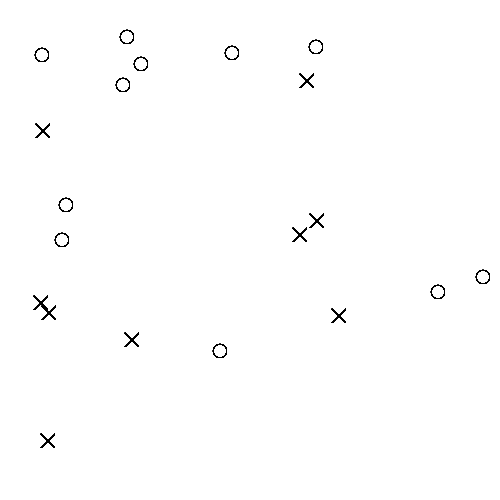
Repository: benceluzsinszky/rock-paper-scissors-simulation-pygame
Script's output: python main.py
These files come from the project's save history. The script's output is drawn as it stood at one moment and after a run of saves; the edit follows.
The window is shown after at most 60 frames with no key pressed. Random numbers start from a fixed seed. It also reads sprites/paper.png, sprites/rock.png, sprites/scissors.png.

Above is the script's output before, as saved 2023-04-24 22:02:31.

### main.py
import pygame
import sys
import random

from sprites import Sprite


class Game():
    """
    This class initializes the Pygame module and creates the game screen.
    """

    def __init__(self) -> None:
        """
        Initializes Pygame module and creates game screen.
        """
        pygame.init()

        self.clock = pygame.time.Clock()

        pygame.display.set_caption("Rock Paper Scissors")

        self.screen = pygame.display.set_mode((500, 500))

        self.rocks = pygame.sprite.Group()
        self.papers = pygame.sprite.Group()
        self.scissors = pygame.sprite.Group()

        self.sprite_groups = [self.rocks, self.papers, self.scissors]

        self.create_sprites("rock", self.rocks)
        # self.create_sprites("paper", self.papers)
        self.create_sprites("scissors", self.scissors)

    def run_game(self):
        """
        Starts the game loop that continues until the user exits the game.
        """
        while True:
            self.check_events()
            self.rocks.sprites()[0].eat(self)
            # self.move_sprites(self.rocks, self.scissors, self.papers)
            # self.move_sprites(self.scissors, self.papers, self.rocks)
            # self.move_sprites(self.papers, self.rocks, self.scissors)
            self.check_collisions()
            self.update_screen()
            self.clock.tick(60)

    def update_screen(self):
        """
        Updates the game screen with new information.
        """
        self.screen.fill((255, 255, 255))

        for group in self.sprite_groups:
            for sprite in group:
                sprite.blit_sprite()

        pygame.display.flip()

    def check_events(self):
        """
        Checks for user input events such as key presses or window close events.
        """
        for event in pygame.event.get():
            if event.type == pygame.QUIT:
                pygame.quit()
                sys.exit()
            elif event.type == pygame.KEYDOWN:
                if event.key == pygame.K_ESCAPE:
                    self.running = False

    def collision(self, winner, loser, type):
        collision = pygame.sprite.groupcollide(winner, loser, False, True)

        if collision:
            dead_sprite_rect_x = list(collision.values())[0][0].rect.x
            dead_sprite_rect_y = list(collision.values())[0][0].rect.y
            list(collision.keys())[0].closest_food_distance = float("inf")
            sprite = Sprite(self, type, (dead_sprite_rect_x, dead_sprite_rect_y))
            winner.add(sprite)

    def check_collisions(self):
        self.collision(self.rocks, self.scissors, "rock")
        self.collision(self.scissors, self.papers, "scissors")
        self.collision(self.papers, self.rocks, "paper")

    def move_sprites(self, wathced_group, food, enemy):
        for sprite in wathced_group:
            sprite.eat(food)

    def create_sprites(self, type, group):
        for _ in range(10):
            random_x = random.randint(10, 490)
            random_y = random.randint(10, 490)
            sprite = Sprite(self, type, (random_x, random_y))
            group.add(sprite)


if __name__ == "__main__":
    game = Game()
    game.run_game()

### sprites.py
import pygame
import math

from pygame.sprite import Sprite


class Sprite(Sprite):
    """
    Class that creats a Rock/Papaer/Scissor character.
    """
    def __init__(self, game, character=str, location=tuple) -> None:
        super().__init__()
        self.screen = game.screen
        self.image = pygame.image.load(f"sprites/{character}.png")
        self.image = pygame.transform.scale(self.image, (15, 15))
        self.image.set_colorkey((255, 255, 255))
        self.rect = self.image.get_rect()
        self.rect.x = location[0]
        self.rect.y = location[1]
        self.closest_food = None
        self.closest_food_distance = float("inf")
        self.closest_enemy = None
        self.closest_enemy_distance = float("inf")

    def blit_sprite(self):
        self.screen.blit(self.image, self.rect)

    def get_food_info(self, food):
        for sprite in food:
            distance = math.sqrt(
                (sprite.rect.centerx - self.rect.centerx)**2 + (sprite.rect.centery - self.rect.centery)**2)
            if distance < self.closest_food_distance:
                self.closest_food_distance = distance
                self.closest_food = sprite

    def eat(self, game):
        self.get_food_info(game.scissors)
        try:
            direction = pygame.math.Vector2(self.closest_food.rect.center) - pygame.math.Vector2(self.rect.center)
            try:
                direction.normalize_ip()
            except ValueError:
                pass
            if (
                self.rect.top > 0 and
                self.rect.bottom < 500 and
                self.rect.left > 0 and
                self.rect.right < 500
                 ):
                self.rect.move_ip(direction * 2)
        except AttributeError:
            pass

    def get_enemy_info(self, enemy):
        for sprite in enemy:
            distance = math.sqrt((
                sprite.rect[0] - self.rect[1])**2 + (sprite.rect[1] - self.rect[1])**2)
            if distance < self.closest_enemy_distance:
                self.closest_enemy_distance = distance
                self.closest_enemy = sprite

    def run(self, enemy):
        self.get_enemy_info(enemy)
        direction = pygame.math.Vector2(self.closest_enemy.rect.center) - pygame.math.Vector2(self.rect.center)
        try:
            direction.normalize_ip()
        except ValueError:
            pass
        if (
            self.rect.top > 0 and
            self.rect.bottom < 500 and
            self.rect.left > 0 and
            self.rect.right < 500
             ):
            self.rect.move_ip(direction * -2)

    def action(self, food, enemy):
        if self.closest_enemy_distance > self.closest_food_distance:
            self.eat(food)
        else:
            self.run(enemy)

After the next 9 saves:
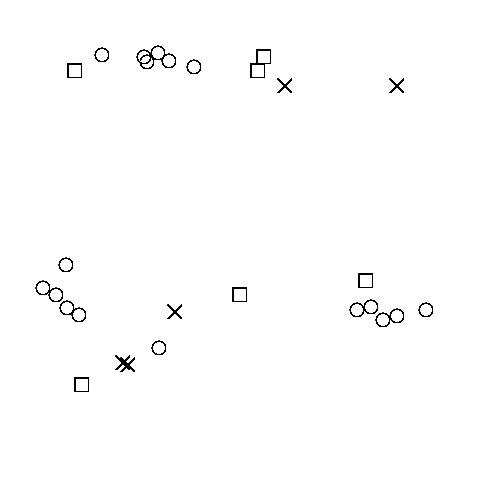
The 9 saves are shown as one change because 5 did not build or start and some came seconds apart.
The last was saved 58 s later.
--- a/main.py
+++ b/main.py
@@ -29,7 +29,7 @@ class Game():
         self.sprite_groups = [self.rocks, self.papers, self.scissors]
 
         self.create_sprites("rock", self.rocks)
-        # self.create_sprites("paper", self.papers)
+        self.create_sprites("paper", self.papers)
         self.create_sprites("scissors", self.scissors)
 
     def run_game(self):
@@ -38,10 +38,10 @@ class Game():
         """
         while True:
             self.check_events()
-            self.rocks.sprites()[0].eat(self)
-            # self.move_sprites(self.rocks, self.scissors, self.papers)
-            # self.move_sprites(self.scissors, self.papers, self.rocks)
-            # self.move_sprites(self.papers, self.rocks, self.scissors)
+            # self.rocks.sprites()[0].eat(self)
+            self.move_sprites(self.rocks, self.scissors)
+            self.move_sprites(self.scissors, self.papers)
+            self.move_sprites(self.papers, self.rocks)
             self.check_collisions()
             self.update_screen()
             self.clock.tick(60)
@@ -85,7 +85,7 @@ class Game():
         self.collision(self.scissors, self.papers, "scissors")
         self.collision(self.papers, self.rocks, "paper")
 
-    def move_sprites(self, wathced_group, food, enemy):
+    def move_sprites(self, wathced_group, food):
         for sprite in wathced_group:
             sprite.eat(food)
 
--- a/sprites.py
+++ b/sprites.py
@@ -33,8 +33,8 @@ class Sprite(Sprite):
                 self.closest_food_distance = distance
                 self.closest_food = sprite
 
-    def eat(self, game):
-        self.get_food_info(game.scissors)
+    def eat(self, food):
+        self.get_food_info(food)
         try:
             direction = pygame.math.Vector2(self.closest_food.rect.center) - pygame.math.Vector2(self.rect.center)
             try:
